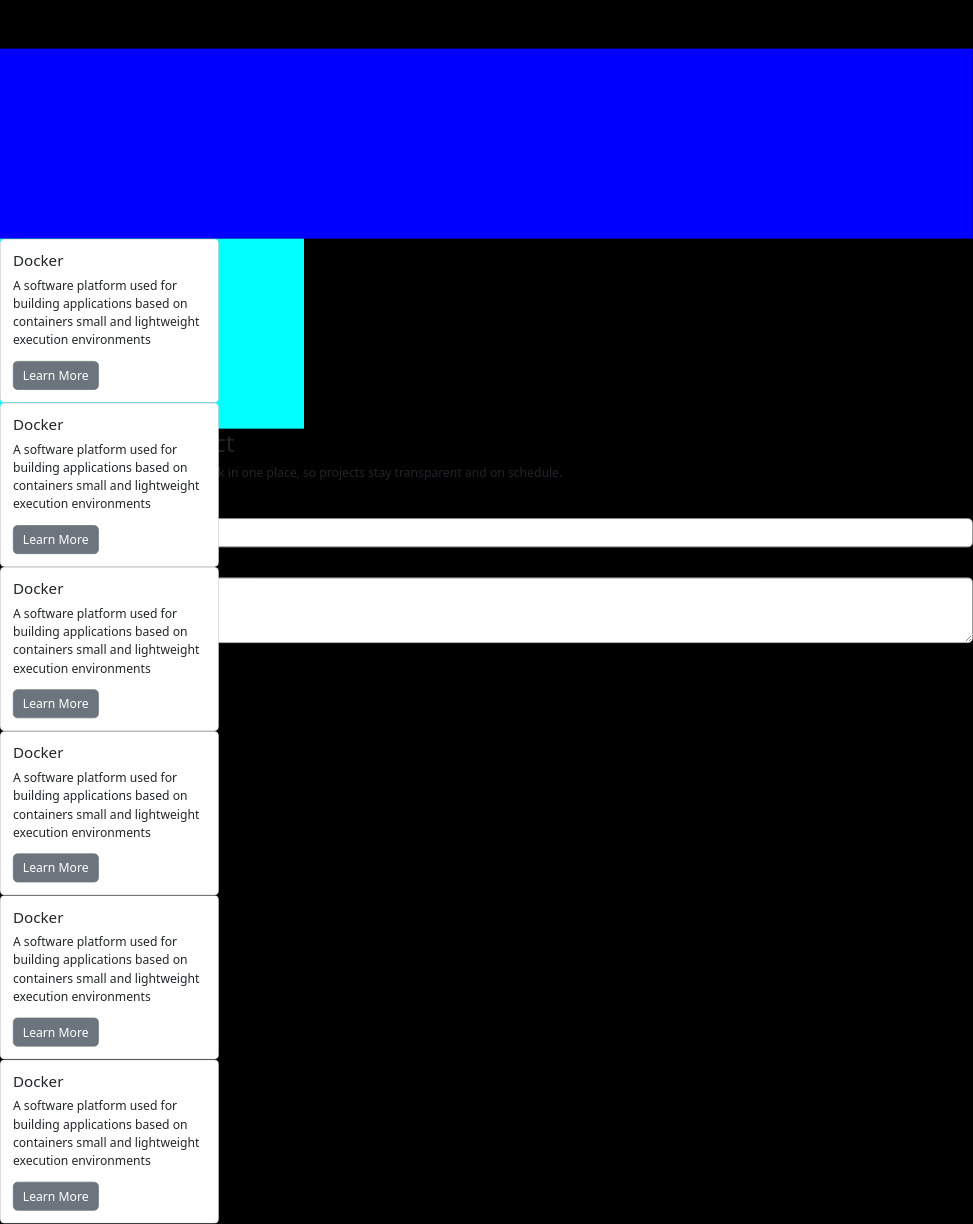
Repository: NSS-Evening-25-Cohort/e25-gitsub-control-alt-defeat
Page: index.html
These files come from the project's save history. The page is drawn as it stood at one moment and after a run of saves; the edit follows.
The browser window is 1280 px wide. The pictures show the whole page, at 76% of full size.

Above is the page before, as saved 2023-11-07 19:12:00.

After the next 2 saves:
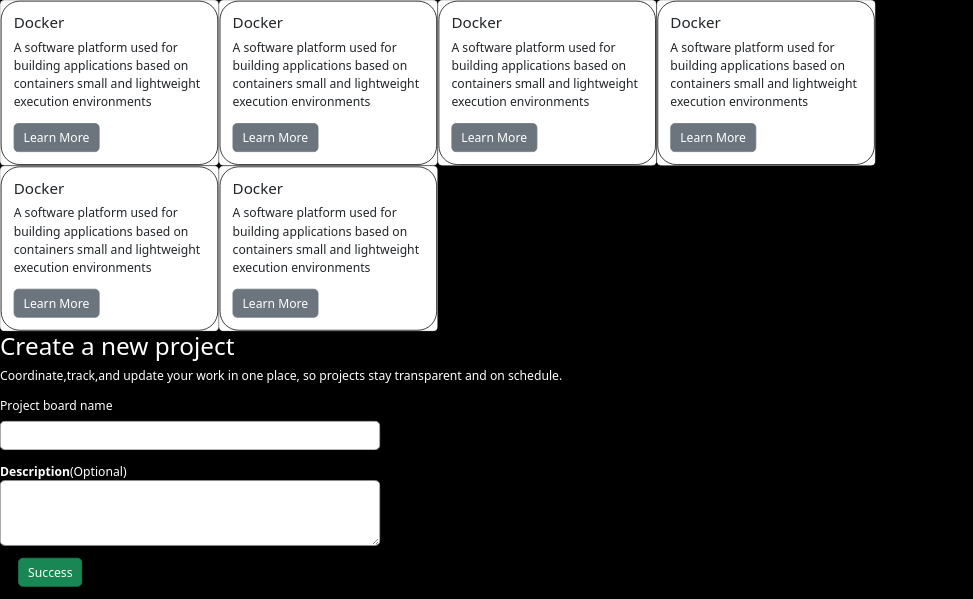
The 2 saves are shown as one change because they came seconds apart.
The last was saved 7 s later.
--- a/main.css
+++ b/main.css
@@ -1,59 +1,23 @@
 body {
   background-color: black;
-  display: flex;
-  flex-direction: column;
 }
 
-.headerPlacement {
+#app1{
+  flex-wrap: wrap;
   display: flex;
-  justify-content: end;
 }
 
-header {
-  margin: 3%;
-  height: 3rem;
-  width: 65%;
-  justify-content: left;
-  display: flex;
-  gap: 5%;
-  background-color: blue;
+.mb-3{
+  width:500px;
+  color: white;
 }
 
-#sidebar {
-  background-color: blueviolet;
-  float: left;
-  margin-right: 8%;
-  width: 175px;
+.packageHeader{
+  color:white;
 }
 
-.appContainer {
-  display: flex;
-  justify-content: center;
-  margin: 3%;
+.card-body{
+  border: solid black 1px;
+  border-radius: 25px;
+  margin-top: auto;
 }
-
-#app1 {
-  background-color: aqua;
-  height: 250px;
-  width: 400px;
-}
-
-#app2 {
-  margin-top: 5%;
-  background-color: blue;
-  height: 250px;
-}
-
-.footer {
-  background-color: aquamarine;
-  display: flex;
-  justify-content: center;
-  gap: 10%;
-}
-
-.footer img {
-  width: 10px;
-  height: 10px;
-  border-radius: 10px;
-  margin-right: 10px;
-}
